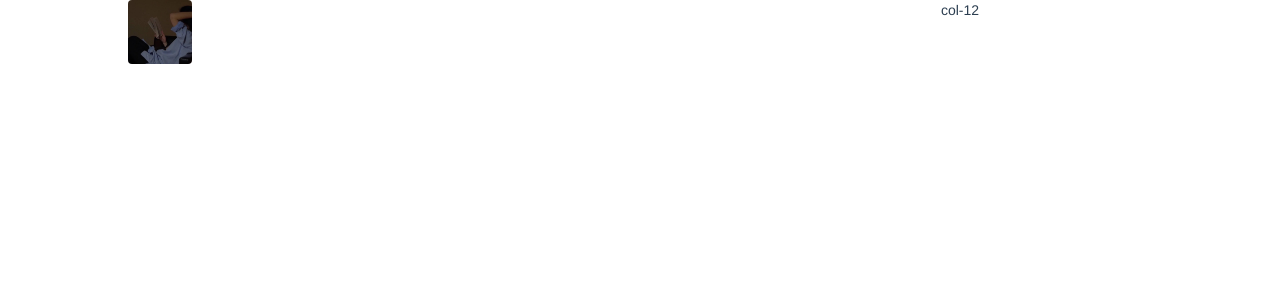
Repository: GitDjAr/blog
Page: / (app in myblog/)
The author's editor kept a copy of each file at every save. The page is drawn from the files as they stood at one save, then again after the next save.
The browser window is 1280 px wide. The pictures show the whole page.
The project was rebuilt for these pictures with package versions that can differ from the ones it lists, and the page was loaded fresh each time. Also part of the build but not shown: myblog/webpack.config.js.

Above is the page before, as saved 2020-12-10 18:50:25.

### myblog/src/main.js
import Vue from 'vue'
import App from './App.vue'
import router from './router/index'
import store from './store/index'
import 'ant-design-vue/dist/antd.css'; // or 'ant-design-vue/dist/antd.less'


import Antd from 'ant-design-vue';
Vue.use(Antd);
new Vue({
  el: '#app',
  router,
  store,
  render: h => h(App)
})

### myblog/src/App.vue
<template>
  <div id="app">
    <headers></headers>
    <router-view/>
  </div>
</template>

<script>
import headers from 'v/header/header'
export default {
  components:{
    headers,
  },
  name: 'app',
  data () {
    return {
    }
  }
}
</script>

<style lang="scss">
#app {
  font-family: 'Avenir', Helvetica, Arial, sans-serif;
  -webkit-font-smoothing: antialiased;
  -moz-osx-font-smoothing: grayscale;
  text-align: center;
  color: #2c3e50;
}
</style>

### myblog/src/router/index.js
import Vue from 'vue'
import Router from 'vue-router'
Vue.use(Router)
// 暴露router
export default new Router({
  mode:'history',
  routes:[
    {
      path:'/',
      redirect:'/index',
    },

    {
      path:'/index',
      meat:{title:'hello,欢迎来到我博客'},
      name:'index',
    }
  ]
})

### myblog/src/views/header/header.vue
<!--  -->
<template>
<div class="header-x">
  <a-row>
    <a-col :span="6">
      <a-avatar shape="square" :src='userimg' :size="64" icon="user" />
    </a-col>
    <a-col :span="12" :offset='6'>
      col-12
    </a-col>
  </a-row>
</div>
</template>

<script>
import userimg from '@/assets/image/1.jpg'
export default {

  components: {

},
  data () {
    return {
      userimg:userimg
    };
  },

  filters: {

},

  watch: {

},

  computed: {

},

  methods: {

},

  mounted(){

},
}

</script>
<style scoped lang='scss'>
.header-x{
  position: fixed;
  height: 60px;
  width: 100%;
}
</style>

Loaded but not shown: myblog/src/store/index.js (no copy from this time; the picture is the same without it)

After the next save:
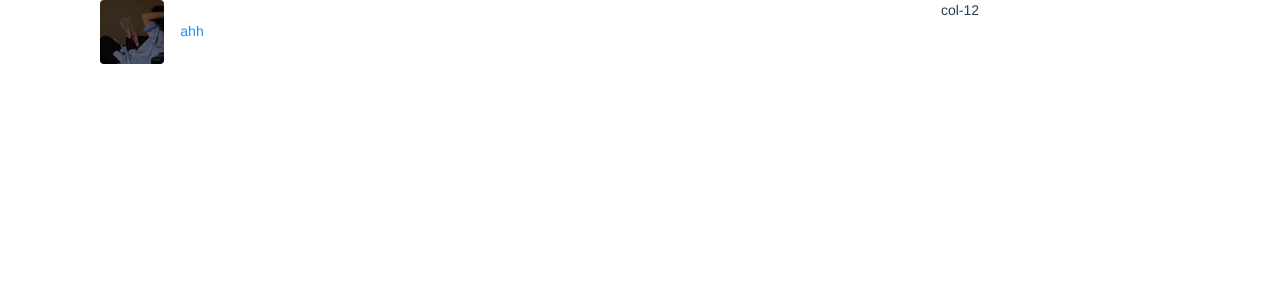
Saved 111 s later.
--- a/myblog/src/views/header/header.vue
+++ b/myblog/src/views/header/header.vue
@@ -4,6 +4,9 @@
   <a-row>
     <a-col :span="6">
       <a-avatar shape="square" :src='userimg' :size="64" icon="user" />
+      <a-button type="link">
+      {{name}}
+      </a-button>
     </a-col>
     <a-col :span="12" :offset='6'>
       col-12
@@ -21,7 +24,8 @@ export default {
 },
   data () {
     return {
-      userimg:userimg
+      userimg:userimg,
+      name:'ahh'
     };
   },
 
